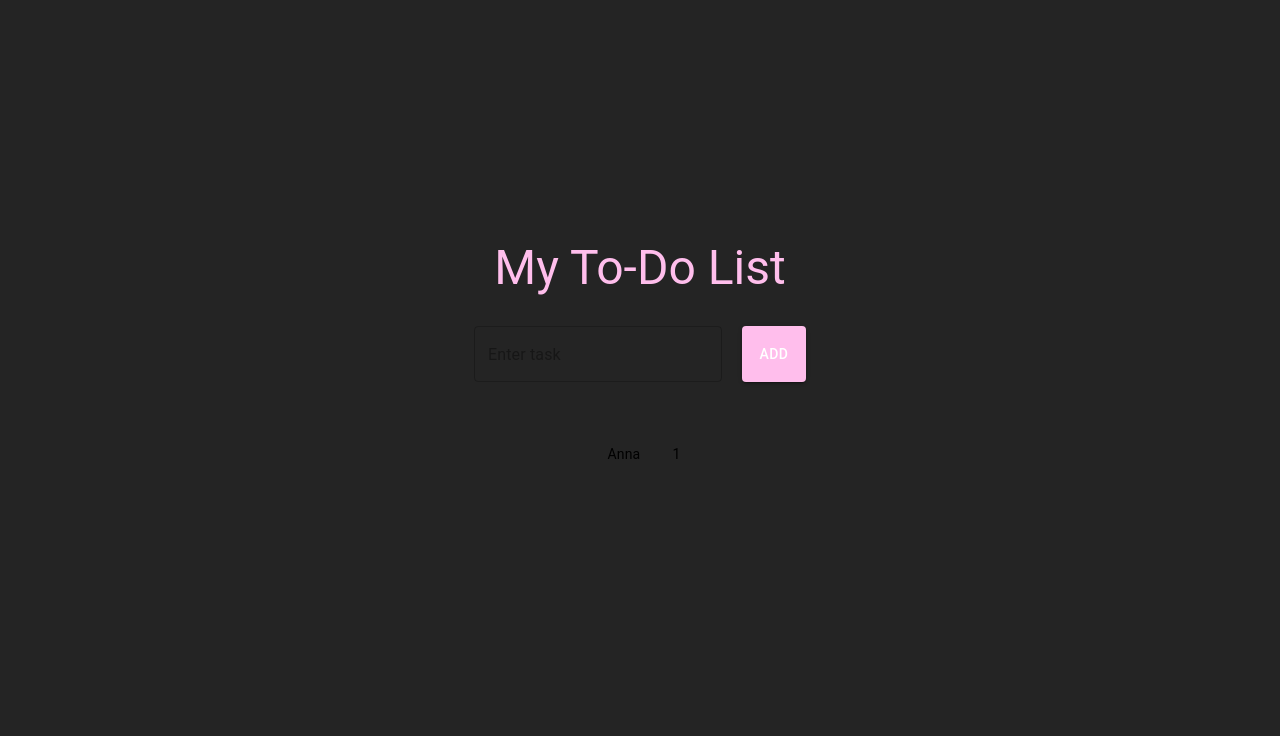
Repository: savannaaaas/ToDo_List
Page: /
The author's editor kept a copy of each file at every save. The page is drawn from the files as they stood at one save, then again after a run of saves.
The browser window is 1280 px wide. The pictures show the whole page.
The project was rebuilt for these pictures with package versions that can differ from the ones it lists, and the page was loaded fresh each time. Also part of the build but not shown: vite.config.js.

Above is the page before, as saved 2025-08-09 00:59:46.

After the next 2 saves:
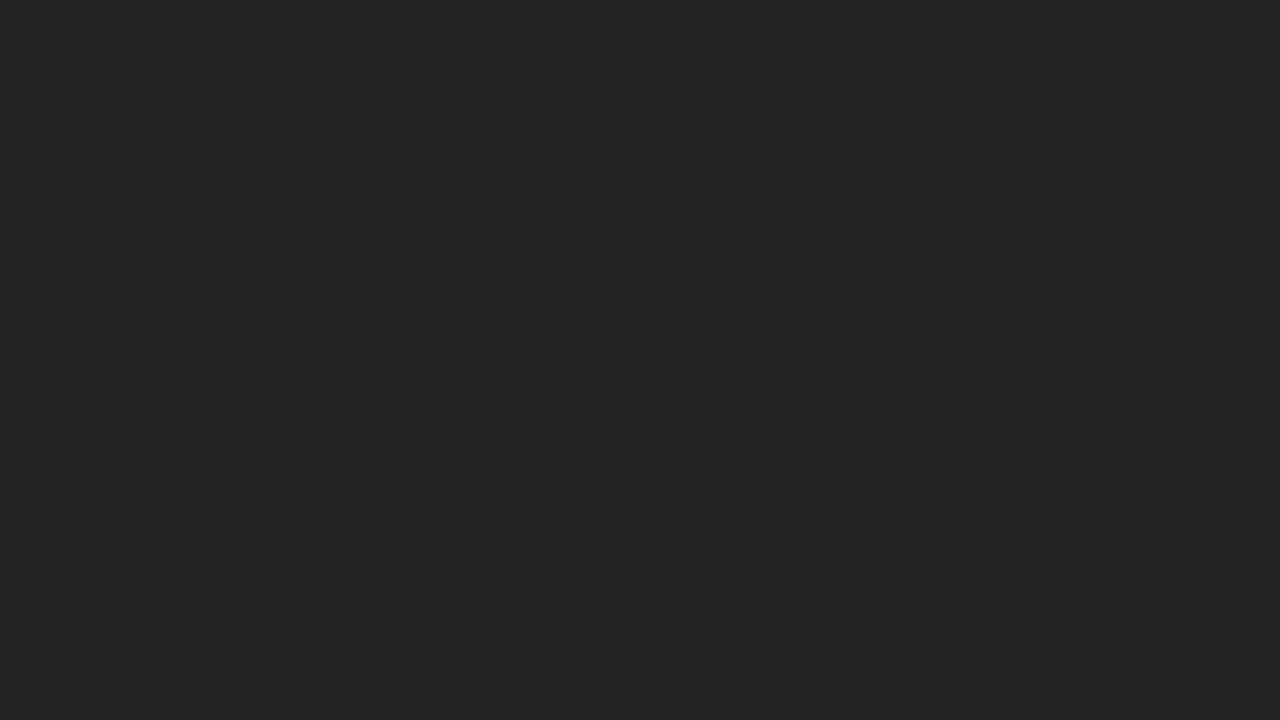
Console error: ReferenceError: TableContainer is not defined
The 2 saves are shown as one change because 1 did not build or start.
The last was saved 53 s later.
--- a/src/components/ShowTasks.jsx
+++ b/src/components/ShowTasks.jsx
@@ -4,14 +4,27 @@ import { Task } from "./Task";
 export const ShowTasks = () => {
   const { tasks, setTasks } = useContext(TaskContext);
   return (
-    <>
-      {tasks.map((task) => {
-        return (
-          <ul key={task.id}>
-            <Task task={task} />
-          </ul>
-        );
-      })}
-    </>
+    <TableContainer component={Paper}>
+      <Table sx={{ minWidth: 650 }} aria-label="simple table">
+        <TableHead>
+          <TableRow>
+            <TableCell>Dessert (100g serving)</TableCell>
+            <TableCell align="right">Calories</TableCell>
+            <TableCell align="right">Fat&nbsp;(g)</TableCell>
+            <TableCell align="right">Carbs&nbsp;(g)</TableCell>
+            <TableCell align="right">Protein&nbsp;(g)</TableCell>
+          </TableRow>
+        </TableHead>
+        <TableBody>
+          {tasks.map((task) => {
+            return (
+              <ul key={task.id}>
+                <Task task={task} />
+              </ul>
+            );
+          })}
+        </TableBody>
+      </Table>
+    </TableContainer>
   );
 };

After the save that followed:
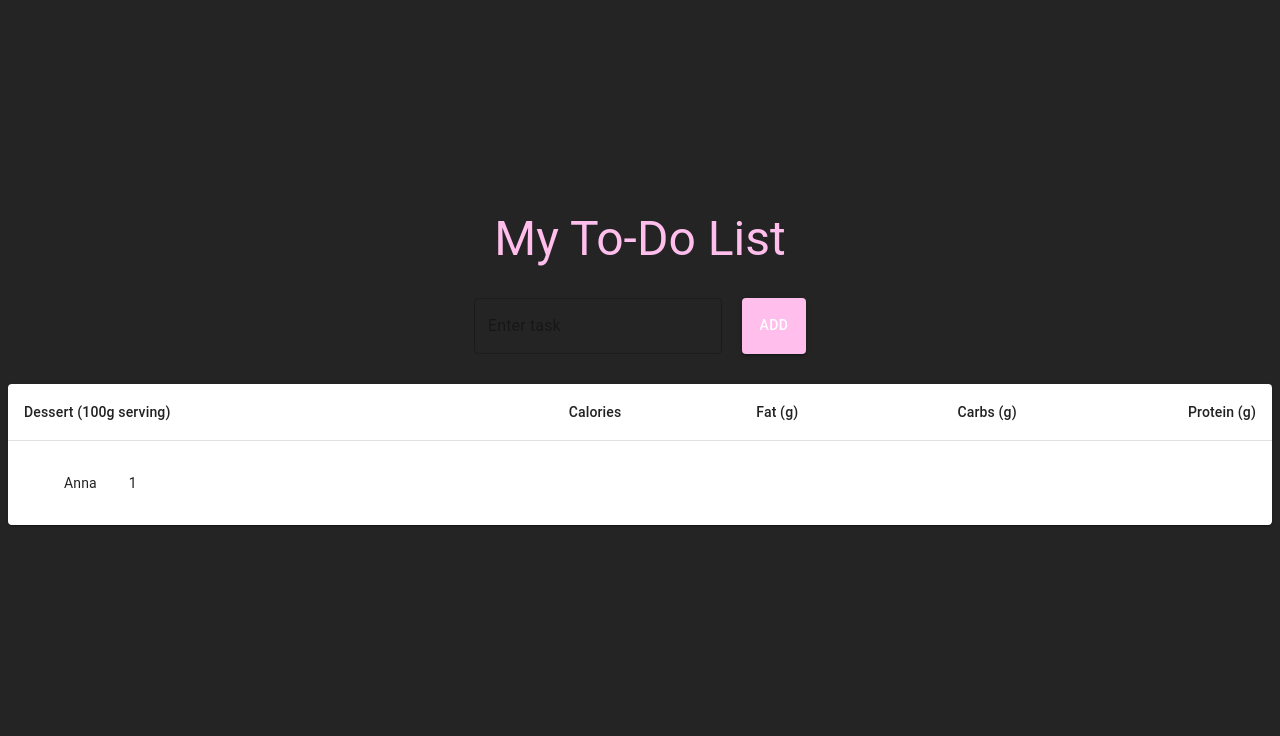
The error is gone.
Saved 16 s later.
--- a/src/components/ShowTasks.jsx
+++ b/src/components/ShowTasks.jsx
@@ -1,6 +1,15 @@
 import { useContext } from "react";
 import { TaskContext } from "../context/TaskContext";
 import { Task } from "./Task";
+
+import Table from "@mui/material/Table";
+import TableBody from "@mui/material/TableBody";
+import TableCell from "@mui/material/TableCell";
+import TableContainer from "@mui/material/TableContainer";
+import TableHead from "@mui/material/TableHead";
+import TableRow from "@mui/material/TableRow";
+import Paper from "@mui/material/Paper";
+
 export const ShowTasks = () => {
   const { tasks, setTasks } = useContext(TaskContext);
   return (
